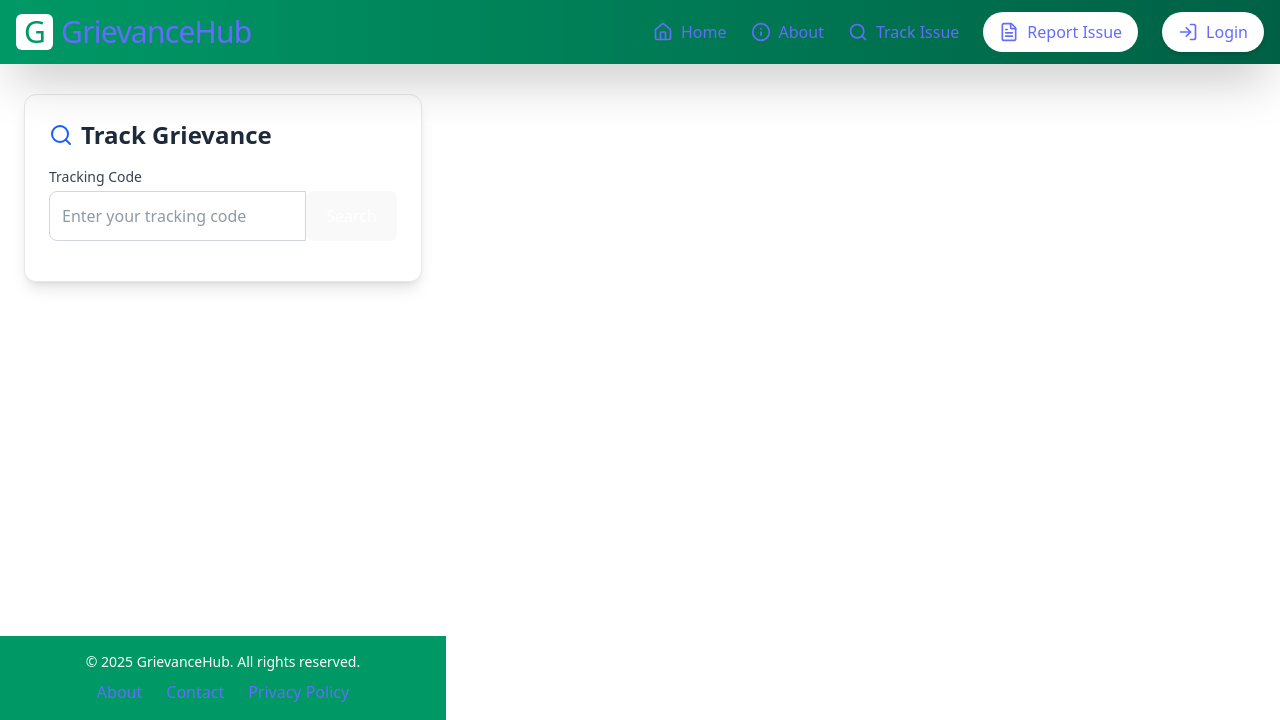
Repository: Aishi4/Grievance-Hub
Page: /track (app in my-vite-Griv/)
These files come from the project's save history. The page is drawn as it stood at one moment and after the next save; the edit follows.
The browser window is 1280 px wide. The pictures show the whole page.
The project was rebuilt for these pictures with package versions that can differ from the ones it lists, and the page was loaded fresh each time. Also part of the build but not shown: my-vite-Griv/vite.config.js, my-vite-Griv/src/Home.jsx, my-vite-Griv/src/ReportSubmit.jsx, my-vite-Griv/src/Report.jsx, my-vite-Griv/src/App.jsx, my-vite-Griv/src/About.jsx, my-vite-Griv/src/TrackIssue.jsx, my-vite-Griv/src/UploadPhoto.jsx.

Above is the page before, as saved 2025-03-29 16:47:05.

After the next save:
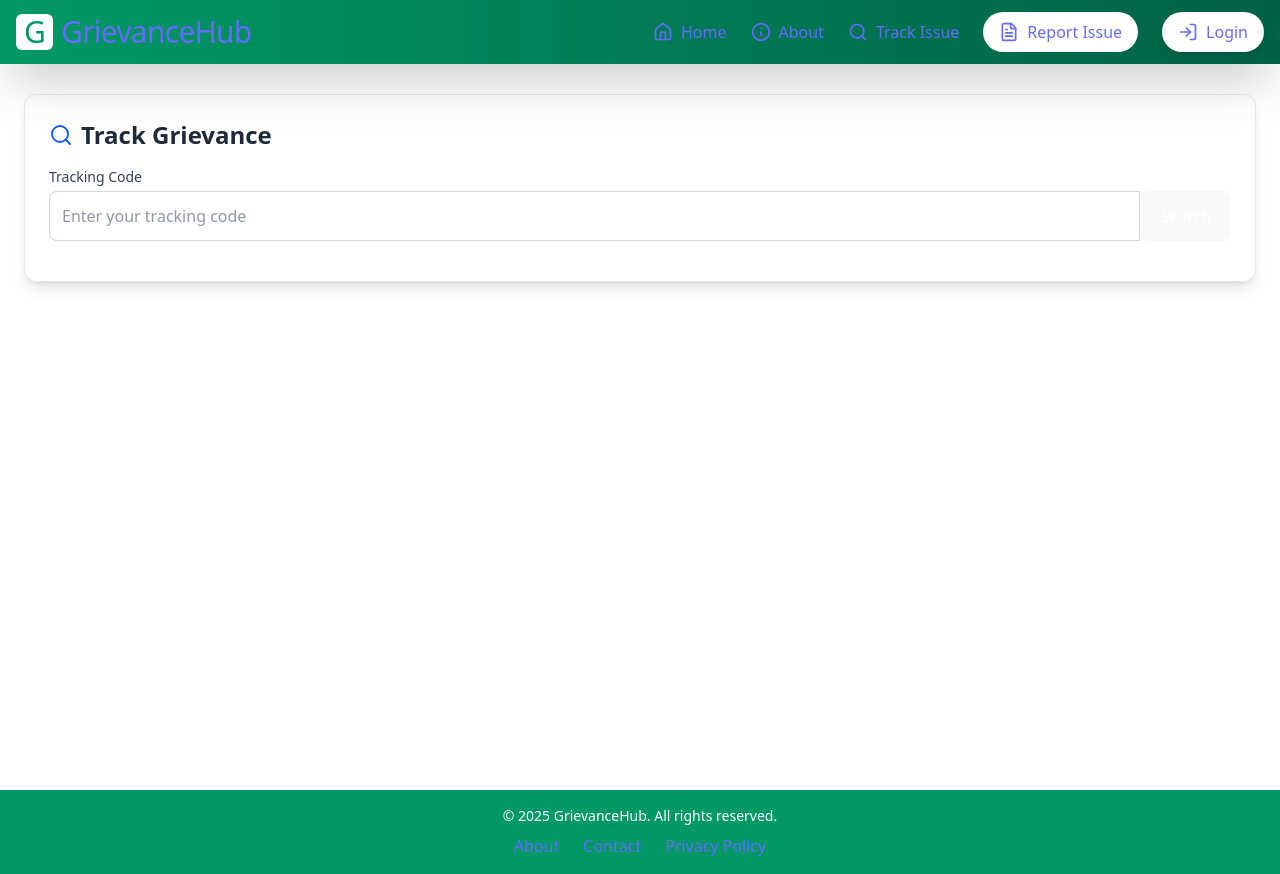
Saved 5 min 4 s later.
--- a/my-vite-Griv/src/ViewPhoto.jsx
+++ b/my-vite-Griv/src/ViewPhoto.jsx
@@ -51,7 +51,7 @@
   };
 
   return (
-    <div className="max-w-3xl mx-auto p-6">
+    <div className="max-w-3xl mx-auto p-6 min-h-screen min-w-screen">
       <motion.div
         initial={{ opacity: 0, y: -20 }}
         animate={{ opacity: 1, y: 0 }}

After the save that followed:
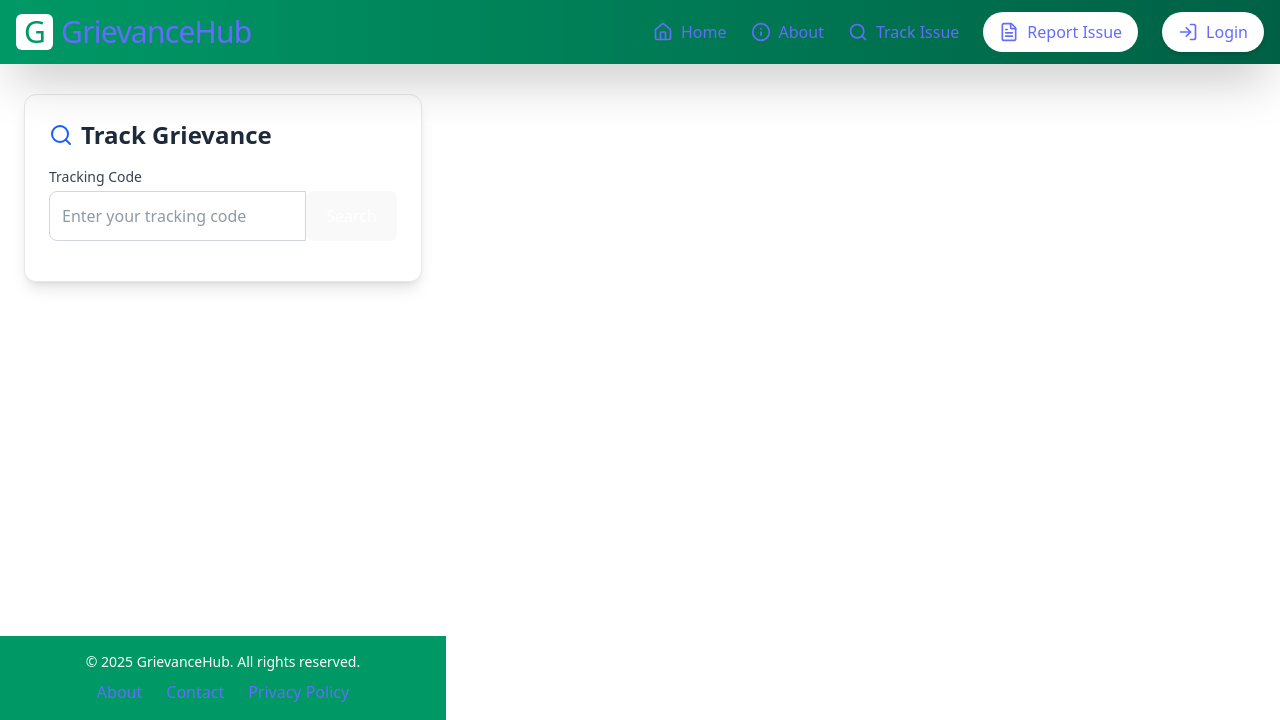
Saved 29 s later.
--- a/my-vite-Griv/src/ViewPhoto.jsx
+++ b/my-vite-Griv/src/ViewPhoto.jsx
@@ -51,7 +51,7 @@
   };
 
   return (
-    <div className="max-w-3xl mx-auto p-6 min-h-screen min-w-screen">
+    <div className="max-w-3xl mx-auto p-6 ">
       <motion.div
         initial={{ opacity: 0, y: -20 }}
         animate={{ opacity: 1, y: 0 }}
